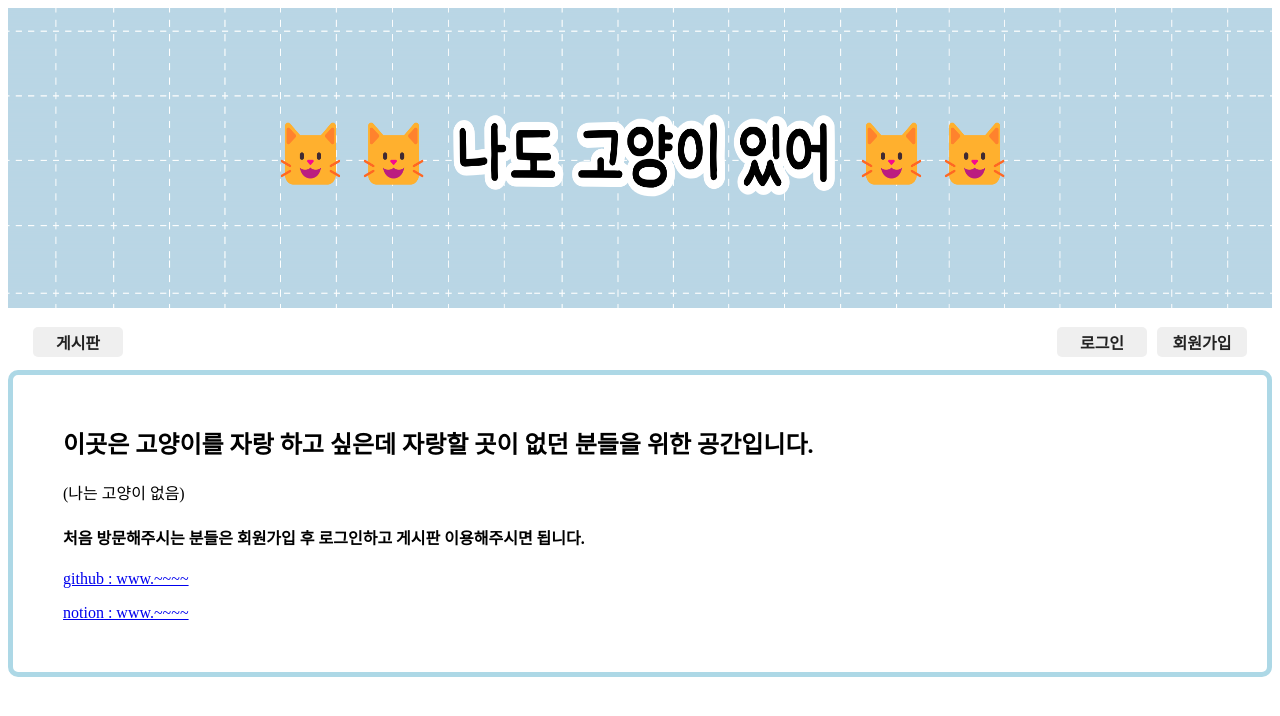
Repository: hh7711/Goit
Page: http://localhost/Goit/WEB-INF/views/mainPage.jsp
The author's editor kept a copy of each file at every save. The page is drawn from the files as they stood at one save, then again after the next save.
The browser window is 1280 px wide. The pictures show the whole page.
Some web fonts or font styles are not loaded; a fallback is used. The page is served by Tomcat 9. Nobody is signed in. The template is opened directly, without the code that normally fills it, so the values that code supplies are empty.

Above is the page before, as saved 2023-08-03 06:36:11.

After the next save:
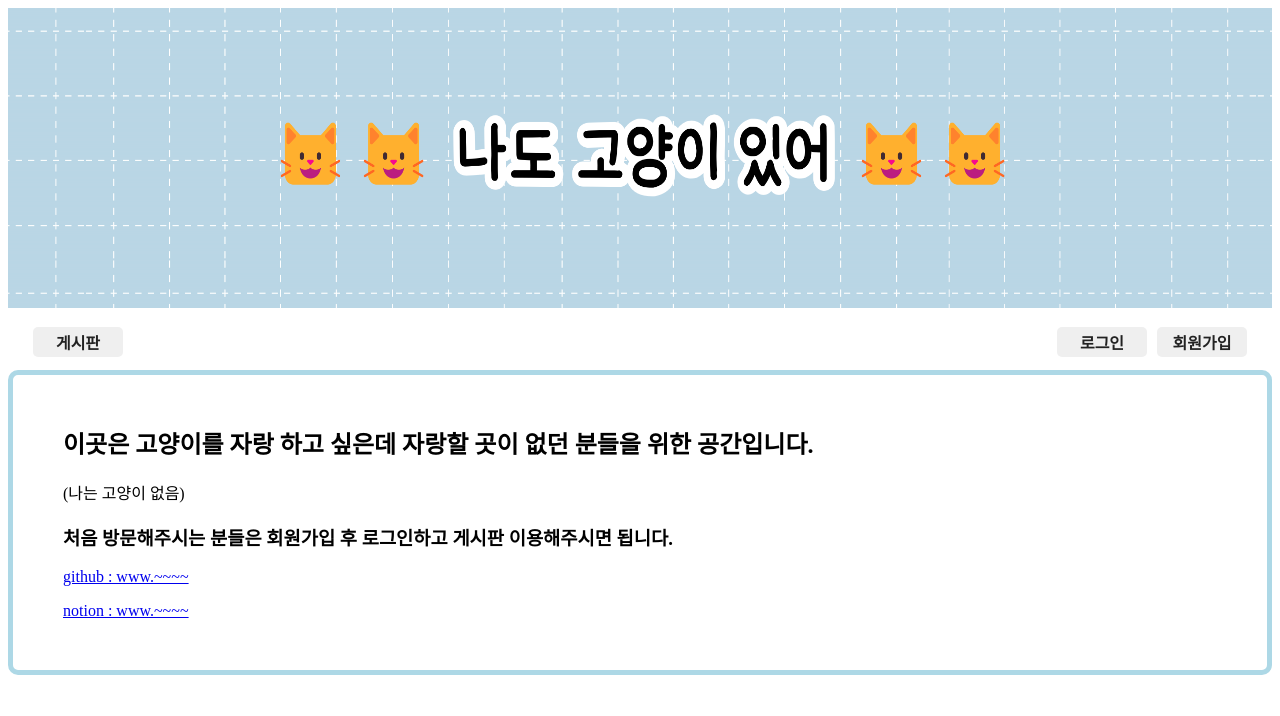
Saved 14 s later.
--- a/Goit/src/main/webapp/WEB-INF/views/mainPage.jsp
+++ b/Goit/src/main/webapp/WEB-INF/views/mainPage.jsp
@@ -80,7 +80,7 @@
 <!-- 					<img alt="오류" src="resources/main/main9.gif" width="100%"> -->
 					<h2>이곳은 고양이를 자랑 하고 싶은데 자랑할 곳이 없던 분들을 위한 공간입니다.</h2>
 					(나는 고양이 없음)
-					<h4>처음 방문해주시는 분들은 회원가입 후 로그인하고 게시판 이용해주시면 됩니다.</h4>
+					<h3>처음 방문해주시는 분들은 회원가입 후 로그인하고 게시판 이용해주시면 됩니다.</h3>
 
 					<p><a href="#">github : www.~~~~</a></p>
 					<p><a href="#">notion : www.~~~~</a></p>
